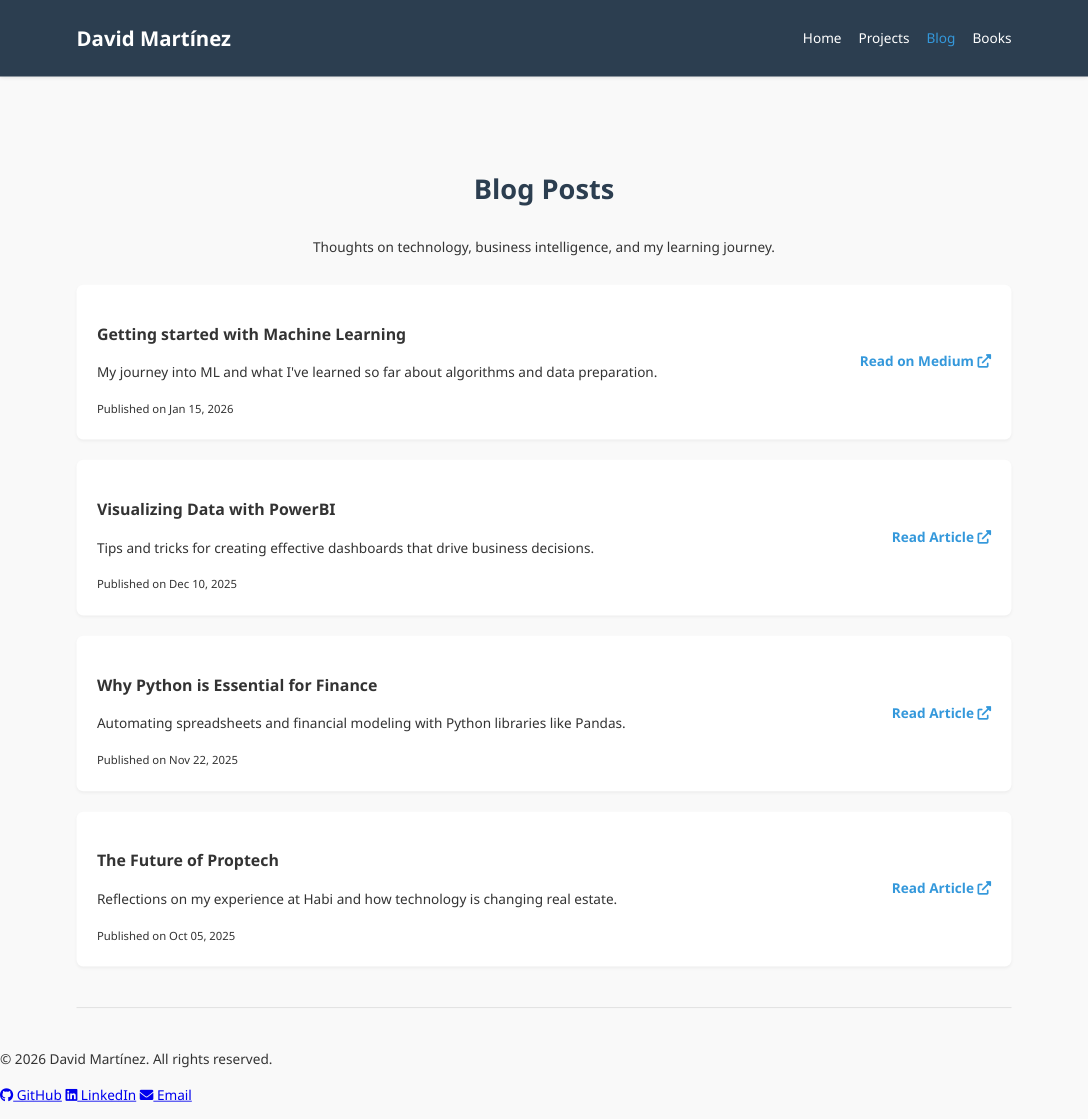
Repository: davidsmv/davidsmv.github.io
Page: blog.html
The author's editor kept a copy of each file at every save. The page is drawn from the files as they stood at one save, then again after the next save.
The browser window is 1280 px wide. The pictures show the whole page, at 85% of full size.

Above is the page before, as saved 2026-01-19 17:51:36.

### blog.html
<!DOCTYPE html>
<html lang="en">
<head>
    <!-- Google Tag Manager -->
    <script>(function(w,d,s,l,i){w[l]=w[l]||[];w[l].push({'gtm.start':
    new Date().getTime(),event:'gtm.js'});var f=d.getElementsByTagName(s)[0],
    j=d.createElement(s),dl=l!='dataLayer'?'&l='+l:'';j.async=true;j.src=
    'https://www.googletagmanager.com/gtm.js?id='+i+dl;f.parentNode.insertBefore(j,f);
    })(window,document,'script','dataLayer','GTM-K4HP3RM');</script>
    <!-- End Google Tag Manager -->

    <meta charset="UTF-8">
    <meta name="viewport" content="width=device-width, initial-scale=1.0">
    <meta http-equiv="X-UA-Compatible" content="ie=edge">
    <title>Blog - David Martínez</title>

    <link rel="stylesheet" href="styles.css">
    <link rel="stylesheet" href="https://cdnjs.cloudflare.com/ajax/libs/font-awesome/6.0.0/css/all.min.css">
</head>
<body>
    <!-- Google Tag Manager (noscript) -->
    <noscript><iframe src="https://www.googletagmanager.com/ns.html?id=GTM-K4HP3RM"
    height="0" width="0" style="display:none;visibility:hidden"></iframe></noscript>
    <!-- End Google Tag Manager (noscript) -->

    <header>
        <nav>
            <div class="logo"><a href="index.html" style="color: white; text-decoration: none;">David Martínez</a></div>
            <ul class="nav-links">
                <li><a href="index.html">Home</a></li>
                <li><a href="projects.html">Projects</a></li>
                <li><a href="blog.html" style="color: var(--accent-color);">Blog</a></li>
                <li><a href="books.html">Books</a></li>
            </ul>
        </nav>
    </header>

    <div class="container">
        <section>
            <h2>Blog Posts</h2>
            <p style="text-align: center; margin-bottom: 30px;">
                Thoughts on technology, business intelligence, and my learning journey.
            </p>

            <div class="card-list" id="all-blogs">
                <!-- Content will be loaded from scripts.js -->
            </div>
        </section>
    </div>

    <footer>
        <p>&copy; 2026 David Martínez. All rights reserved.</p>
        <p>
            <a href="https://github.com/davidsmv" target="_blank"><i class="fab fa-github"></i> GitHub</a>
            <a href="https://www.linkedin.com/in/davidsmv" target="_blank"><i class="fab fa-linkedin"></i> LinkedIn</a>
            <a href="mailto:david-martinezv@hotmail.com"><i class="fas fa-envelope"></i> Email</a>
        </p>
    </footer>

    <!-- Load scripts -->
    <script src="data/blogs.js"></script>
    <script src="js/scripts.js"></script>
    <script>
        renderBlogs('all-blogs');
    </script>
</body>
</html>

### styles.css
/* Root variables for easy customization */
:root {
  --primary-color: #2c3e50; /* Dark Blue */
  --accent-color: #3498db;  /* Light Blue */
  --bg-color: #f9f9f9;      /* Light Gray Background */
  --text-color: #333;       /* Dark Text */
  --card-bg: #fff;          /* White Card Background */
  --font-main: 'Segoe UI', Tahoma, Geneva, Verdana, sans-serif;
}

body {
  font-family: var(--font-main);
  background-color: var(--bg-color);
  color: var(--text-color);
  margin: 0;
  padding: 0;
  line-height: 1.6;
}

/* Header & Navigation */
header {
  background-color: var(--primary-color);
  color: #fff;
  padding: 1rem 0;
  position: sticky;
  top: 0;
  z-index: 1000;
  box-shadow: 0 2px 5px rgba(0,0,0,0.1);
}

nav {
  display: flex;
  justify-content: space-between;
  align-items: center;
  max-width: 1100px;
  margin: 0 auto;
  padding: 0 20px;
}

.logo {
  font-size: 1.5rem;
  font-weight: bold;
}

.nav-links {
  list-style: none;
  display: flex;
}

.nav-links li {
  margin-left: 20px;
}

.nav-links a {
  color: #fff;
  text-decoration: none;
  font-weight: 500;
  transition: color 0.3s;
}

.nav-links a:hover {
  color: var(--accent-color);
}

/* Sections */
.container {
  max-width: 1100px;
  margin: 0 auto;
  padding: 2rem 20px;
}

section {
  padding: 3rem 0;
  border-bottom: 1px solid #ddd;
}

section h2 {
  text-align: center;
  margin-bottom: 2rem;
  color: var(--primary-color);
  font-size: 2rem;
}

/* About Section */
.about-content {
  display: flex;
  flex-wrap: wrap;
  align-items: center;
  gap: 2rem;
}

.about-text {
  flex: 1;
  min-width: 300px;
}

.about-image {
  flex: 1;
  text-align: center;
  min-width: 300px;
}

.profile-pic {
  width: 200px;
  height: 200px;
  border-radius: 50%;
  object-fit: cover;
  border: 4px solid var(--accent-color);
}

/* About Read More */
#about-container.collapsed {
  max-height: 280px; /* Adjust height as needed */
  overflow: hidden;
  position: relative;
}

#about-container.collapsed::after {
  content: "";
  position: absolute;
  bottom: 0;
  left: 0;
  width: 100%;
  height: 80px;
  background: linear-gradient(to bottom, transparent, var(--bg-color));
  pointer-events: none;
}

.read-more-btn {
  background-color: transparent;
  color: var(--accent-color);
  border: 1px solid var(--accent-color);
  padding: 8px 16px;
  border-radius: 4px;
  cursor: pointer;
  font-weight: bold;
  margin-top: 10px;
  transition: all 0.3s ease;
}

.read-more-btn:hover {
  background-color: var(--accent-color);
  color: white;
}

/* Projects Grid */
.projects-grid {
  display: grid;
  grid-template-columns: repeat(auto-fit, minmax(300px, 1fr));
  gap: 2rem;
}

.project-card {
  background: var(--card-bg);
  padding: 1.5rem;
  border-radius: 8px;
  box-shadow: 0 4px 6px rgba(0,0,0,0.1);
  transition: transform 0.3s ease;
}

.project-card:hover {
  transform: translateY(-5px);
}

.project-card h3 {
  margin-top: 0;
  color: var(--primary-color);
}

/* GitHub Preview Image */
.project-thumb {
  width: 100%;
  height: auto;
  border-radius: 6px;
  margin-bottom: 1rem;
  border: 1px solid #eee;
}

.project-link {
  display: inline-block;
  margin-top: 1rem;
  color: var(--accent-color);
  text-decoration: none;
  font-weight: bold;
}

/* Blog & Books (General Card Style) */
.card-list {
  display: flex;
  flex-direction: column;
  gap: 1.5rem;
}

.list-item {
  background: var(--card-bg);
  padding: 1.5rem;
  border-radius: 8px;
  box-shadow: 0 2px 4px rgba(0,0,0,0.05);
  display: flex;
  justify-content: space-between;
  align-items: center;
}

.list-item a {
  color: var(--accent-color);
  text-decoration: none;
  font-weight: bold;
}

/* Modal specific styles */
.modal {
  display: none;
  position: fixed;
  z-index: 2000;
  padding-top: 100px;
  left: 0;
  top: 0;
  width: 100%;
  height: 100%;
  overflow: auto;
  background-color: rgb(0,0,0);
  background-color: rgba(0,0,0,0.4);
}

.modal-content {
  background-color: #fefefe;
  margin: auto;
  padding: 20px;
  border: 1px solid #888;
  width: 80%;
  max-width: 800px;
  border-radius: 8px;
  position: relative;
  max-height: 80vh;
  overflow-y: auto;
}

.close-modal {
  color: #aaaaaa;
  float: right;
  font-size: 28px;
  font-weight: bold;
  cursor: pointer;
}

.close-modal:hover,
.close-modal:focus {
  color: #000;
  text-decoration: none;
  cursor: pointer;
}

/* Markdown Content Styling within Modal */
.markdown-body {
  font-family: var(--font-main);
  line-height: 1.6;
}
.markdown-body h1, .markdown-body h2, .markdown-body h3 {
  color: var(--primary-color);
  margin-top: 1.5em;
}
.markdown-body code {
  background-color: #f0f0f0;
  padding: 2px 4px;
  border-radius: 4px;
}
.markdown-body pre {
  background-color: #f0f0f0;
  padding: 10px;
  border-radius: 4px;
  overflow-x: auto;
}
.markdown-body img {
  max-width: 100%;
  height: auto;
}

/* Project Preview in Card */
.project-readme-preview {
  margin-top: 10px;
  /* Removed gray background/border for cleaner text look */
  /* background-color: #f4f4f4; */
  /* border: 1px solid #ddd; */
  font-size: 0.95rem; /* Slightly larger for readability */
  color: var(--text-color);

  /* Restrict height to show only the "first part" */
  max-height: 250px; /* Increased slightly */
  overflow: hidden;
  position: relative;
}

.project-readme-preview::after {
  /* Fade out effect at the bottom */
  content: "";
  position: absolute;
  bottom: 0;
  left: 0;
  width: 100%;
  height: 80px; /* Longer fade for smoother transition */
  background: linear-gradient(to bottom, rgba(255,255,255,0), rgba(255,255,255,1));
}

.project-readme-preview img {
  max-width: 100%;
  height: auto;
  border-radius: 4px;
}

.project-readme-preview h1 { font-size: 1.4rem; margin-top: 0; }
.project-readme-preview h2 { font-size: 1.2rem; margin-top: 10px; }
.project-readme-preview h3 { font-size: 1.1rem; }


/* Responsive */
@media (max-width: 768px) {
  nav {
    flex-direction: column;
  }

  .nav-links {
    margin-top: 1rem;
  }

  .nav-links li {
    margin: 0 10px;
  }

  .about-content {
    flex-direction: column-reverse;
    text-align: center;
  }
}

### data/blogs.js
const blogData = [
    {
        title: "Getting started with Machine Learning",
        description: "My journey into ML and what I've learned so far about algorithms and data preparation.",
        date: "Jan 15, 2026",
        link: "https://medium.com/",
        linkText: "Read on Medium"
    },
    {
        title: "Visualizing Data with PowerBI",
        description: "Tips and tricks for creating effective dashboards that drive business decisions.",
        date: "Dec 10, 2025",
        link: "#",
        linkText: "Read Article"
    },
    {
        title: "Why Python is Essential for Finance",
        description: "Automating spreadsheets and financial modeling with Python libraries like Pandas.",
        date: "Nov 22, 2025",
        link: "#",
        linkText: "Read Article"
    },
    {
        title: "The Future of Proptech",
        description: "Reflections on my experience at Habi and how technology is changing real estate.",
        date: "Oct 05, 2025",
        link: "#",
        linkText: "Read Article"
    }
];

### js/scripts.js
// ============================================
// LOGIC SECTION - DO NOT EDIT UNLESS NECESSARY
// ============================================

// Helper function to fetch and render README
async function loadReadme(url, elementId) {
    const element = document.getElementById(elementId);
    if (!element) return;

    try {
        const response = await fetch(url);
        if (!response.ok) throw new Error("Failed to load");
        const text = await response.text();

        // Use marked to parse, or fallback to text
        if (typeof marked !== 'undefined') {
            element.innerHTML = marked.parse(text);
        } else {
            element.innerText = text;
        }
    } catch (error) {
        element.innerHTML = `<small style="color: #666;">Preview not available (${error.message})</small>`;
    }
}

function renderProjects(containerId, limit = null) {
    const container = document.getElementById(containerId);
    if (!container) return;

    // Use projectsData from data/projects.js
    const dataToRender = limit ? projectsData.slice(0, limit) : projectsData;

    container.innerHTML = dataToRender.map((project, index) => {
        // Create unique ID for the readme container
        const readmeId = `readme-${containerId}-${index}`;

        // Auto-detect GitHub image
        let imageUrl = project.imageUrl;
        if (!imageUrl && project.link && project.link.includes('github.com')) {
             const match = project.link.match(/github\.com\/([^\/]+)\/([^\/]+)/);
             if (match) {
                 // OpenGraph dynamic image
                 imageUrl = `https://opengraph.githubassets.com/1/${match[1]}/${match[2]}`;
             }
        }

        let imageHtml = '';
        if (imageUrl) {
            imageHtml = `<img src="${imageUrl}" alt="${project.title} Preview" class="project-thumb" loading="lazy">`;
        }

        let contentSection = '';

        if (project.readmeUrl) {
            // IF we have a README, we use it as the description
            contentSection = `
                <div id="${readmeId}" class="project-readme-preview">
                    Loading description...
                </div>
                <div style="margin-top: 15px; text-align: center;">
                     <a href="${project.link}" class="project-link" target="_blank">Continue reading on GitHub &rarr;</a>
                </div>
            `;
            // Trigger fetch
            setTimeout(() => loadReadme(project.readmeUrl, readmeId), 0);
        } else {
            // Fallback to manual description
            contentSection = `
                <p>${project.description}</p>
                <div style="margin-top: 15px;">
                    <a href="${project.link}" class="project-link">${project.linkText} &rarr;</a>
                </div>
            `;
        }

        return `
        <div class="project-card">
            ${imageHtml}
            ${project.hideTitle ? '' : `<h3>${project.title}</h3>`}
            ${contentSection}
        </div>
    `}).join('');
}

function renderBlogs(containerId, limit = null) {
    const container = document.getElementById(containerId);
    if (!container) return;

    // Use blogData from data/blogs.js
    const dataToRender = limit ? blogData.slice(0, limit) : blogData;

    container.innerHTML = dataToRender.map(post => `
        <div class="list-item">
            <div>
                <h3>${post.title}</h3>
                <p>${post.description}</p>
                <small>Published on ${post.date}</small>
            </div>
            <a href="${post.link}" target="_blank">${post.linkText} <i class="fas fa-external-link-alt"></i></a>
        </div>
    `).join('');
}

function renderBooks(containerId, limit = null) {
    const container = document.getElementById(containerId);
    if (!container) return;

    // Use bookData from data/books.js
    const dataToRender = limit ? bookData.slice(0, limit) : bookData;

    container.innerHTML = dataToRender.map(book => {
        if (book.goodreadsHtml) {
            return `
                <div class="list-item" style="display: block; overflow: auto;">
                    ${book.goodreadsHtml}
                </div>
            `;
        }
        return `
            <div class="list-item">
                <div>
                    <h3>${book.title}</h3>
                    <p><strong>Author:</strong> ${book.author}</p>
                    <p><em>"${book.review}"</em></p>
                    ${book.rating ? `<p><strong>Rating:</strong> ${book.rating}</p>` : ''}
                </div>
            </div>
        `;
    }).join('');
}

function renderContact(containerId) {
    const container = document.getElementById(containerId);
    if (!container) return;

    container.innerHTML = contactData.map(contact => `
        <div class="project-card" style="text-align: center; display: flex; flex-direction: column; align-items: center; justify-content: center;">
            <i class="${contact.icon}" style="font-size: 3rem; color: ${contact.color}; margin-bottom: 1rem;"></i>
            <h3>${contact.platform}</h3>
            <a href="${contact.link}" target="_blank" class="project-link" style="margin-top: 0.5rem; color: ${contact.color}; border: 1px solid ${contact.color}; padding: 5px 15px; border-radius: 5px;">
                ${contact.text}
            </a>
        </div>
    `).join('');
}

// Function to fetch and render the local PROFILE.md
async function loadProfile(elementId) {
    // Defaults to data/PROFILE.md
    const url = 'data/PROFILE.md';
    await loadReadme(url, elementId);

    const element = document.getElementById(elementId);
    if (!element) return;

    // Check height to see if we need a "Read More" button
    // Threshold set to 300px (approx match CSS max-height)
    if (element.scrollHeight > 300) {
        element.classList.add('collapsed');

        const btn = document.createElement('button');
        btn.innerText = 'Read More';
        btn.className = 'read-more-btn';

        btn.onclick = () => {
             const isCollapsed = element.classList.toggle('collapsed');
             btn.innerText = isCollapsed ? 'Read More' : 'Read Less';
        };

        // Insert button after the text container
        element.parentNode.insertBefore(btn, element.nextSibling);
    }
}

After the next save:
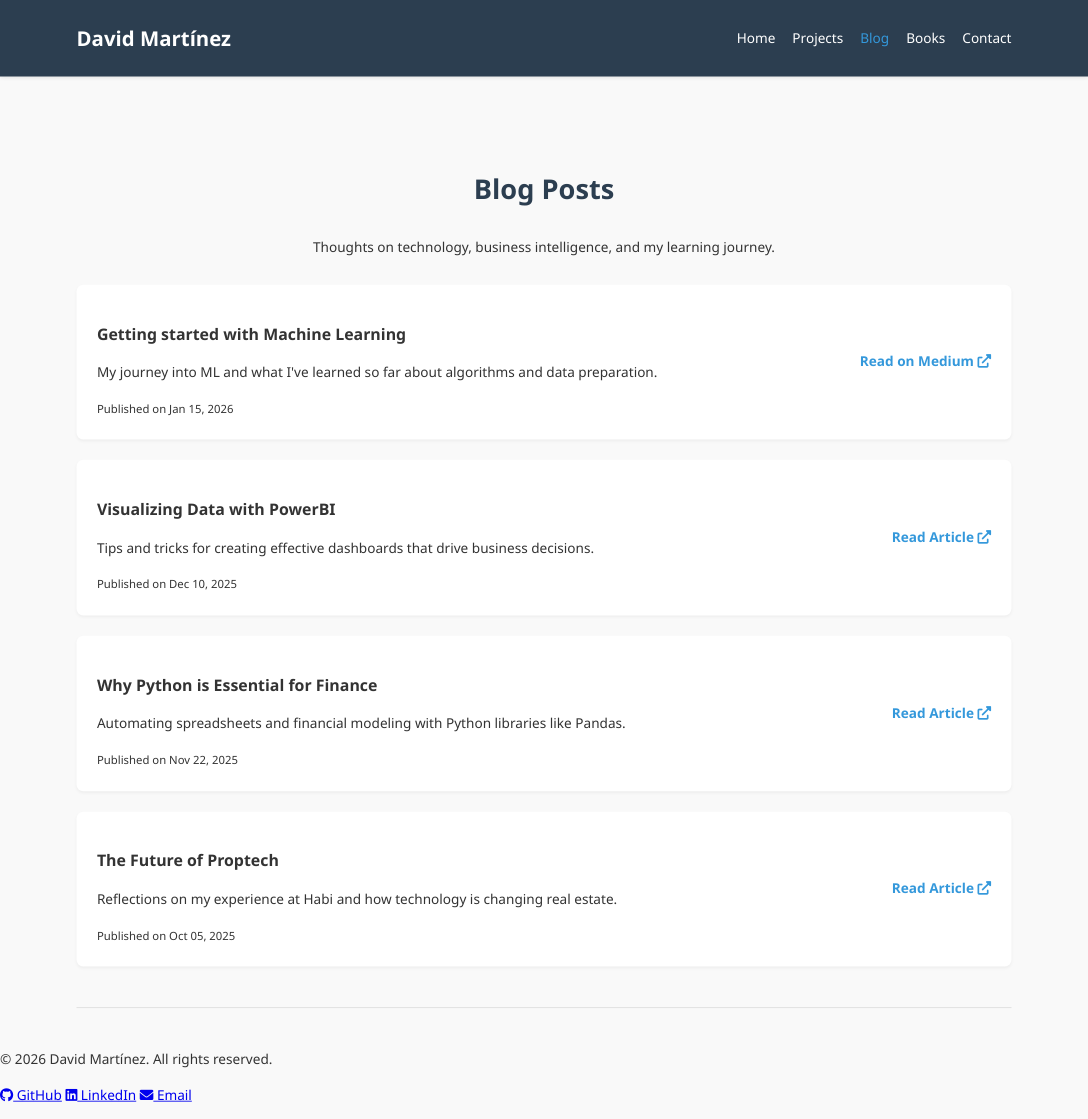
Saved 8 s later.
--- a/blog.html
+++ b/blog.html
@@ -31,6 +31,7 @@
                 <li><a href="projects.html">Projects</a></li>
                 <li><a href="blog.html" style="color: var(--accent-color);">Blog</a></li>
                 <li><a href="books.html">Books</a></li>
+                <li><a href="contact.html">Contact</a></li>
             </ul>
         </nav>
     </header>
